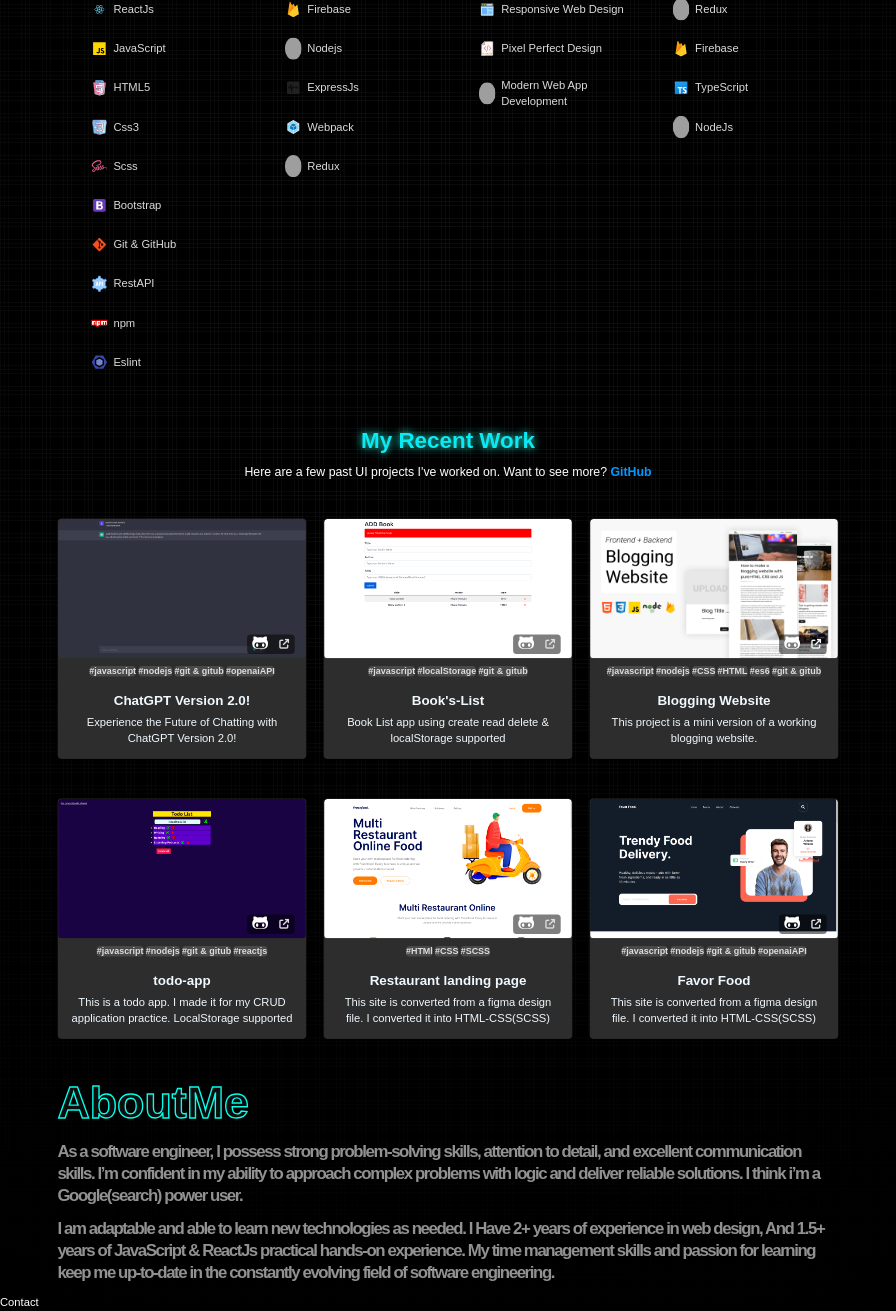
Repository: badhon252/my-portfolio
Page: /
The author's editor kept a copy of each file at every save. The page is drawn from the files as they stood at one save, then again after a run of saves.
The browser window is 1280 px wide. The pictures show the part of the page from y = 1028 to 2948 px (the page is 2901 px tall before and 2948 px after), at 70% of full size.
Pictures or frames that could not be fetched are drawn as grey boxes. The project was rebuilt for these pictures with package versions that can differ from the ones it lists, and the page was loaded fresh each time. Also part of the build but not shown: src/Components/Home/Header/HeaderContent/HeaderContent.css, src/Components/Home/Header/Navbar/Navs/GitHub/Github.module.css, src/Components/Home/Header/Navbar/Navs/LinkedIn/LinkedIn.module.css.

Above is the page before, as saved 2023-01-24 16:40:05.

After the next 2 saves:
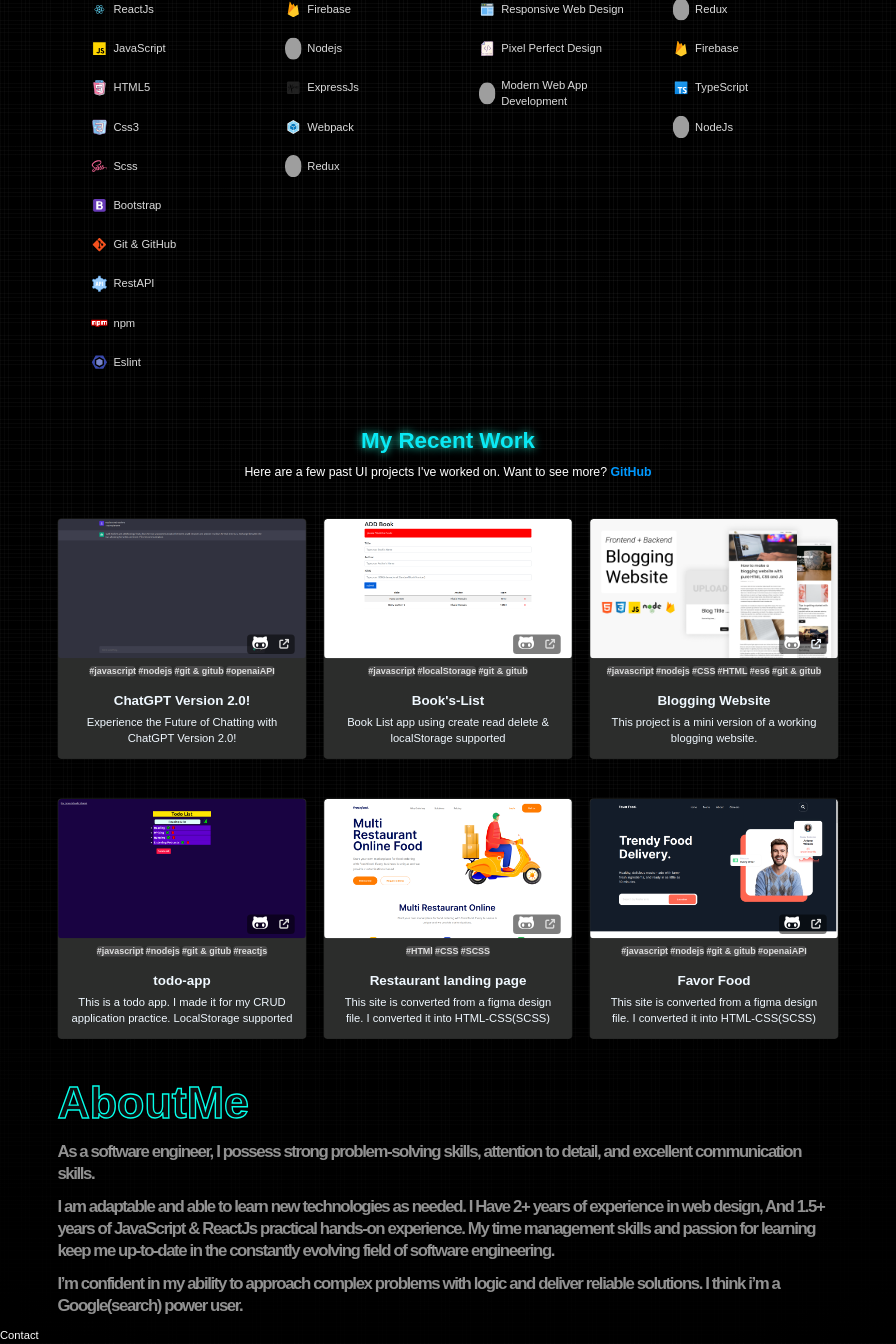
The 2 saves are shown as one change because they came seconds apart.
The last was saved 9 s later.
--- a/src/Components/Home/AboutMe/AboutMe.jsx
+++ b/src/Components/Home/AboutMe/AboutMe.jsx
@@ -5,13 +5,14 @@ const AboutMe = () => {
         <div className='container'>
             <h1>AboutMe</h1>
             <div className="about-me">
-                <p>As a software engineer, I possess strong problem-solving skills, attention to detail, and excellent communication skills. I’m confident in my ability to approach complex problems with logic and deliver reliable solutions.
-                   I think i’m a Google(search) power user.
+                <p>As a software engineer, I possess strong problem-solving skills, attention to detail, and excellent communication skills.
                 </p>
                 <p>
                      I am adaptable and able to learn new technologies as needed. I Have 2+ years of experience in web design, And 1.5+ years of JavaScript & ReactJs practical hands-on experience.
                    My time management skills and passion for learning keep me up-to-date in the constantly evolving field of software engineering.
                 </p>
+                <p> I’m confident in my ability to approach complex problems with logic and deliver reliable solutions.
+                   I think i’m a Google(search) power user.</p>
             </div>
         </div>
     );
